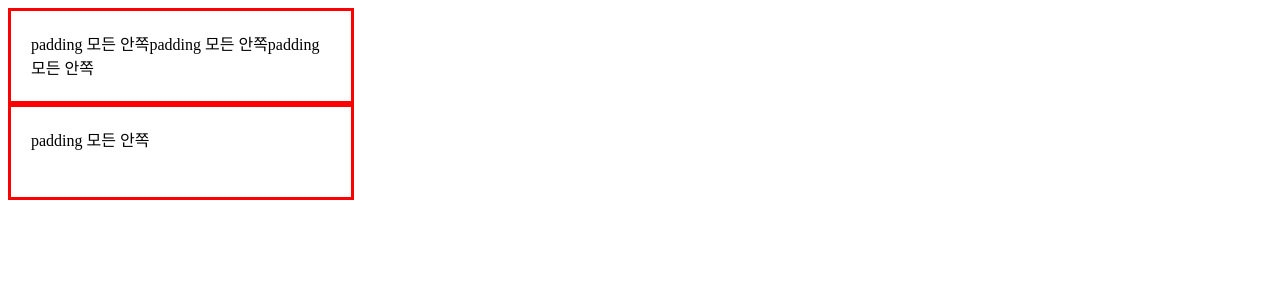
Repository: marudaga/html-css-lecture
Page: work/study/src/main/webapp/htmlEx/ch03/EX04.html
An editor plug-in stored every save of this project. The page is shown before and after the next save, followed by the edit.
The browser window is 1280 px wide. The pictures show the whole page.

Above is the page before, as saved 2022-09-06 07:19:22.

After the next save:
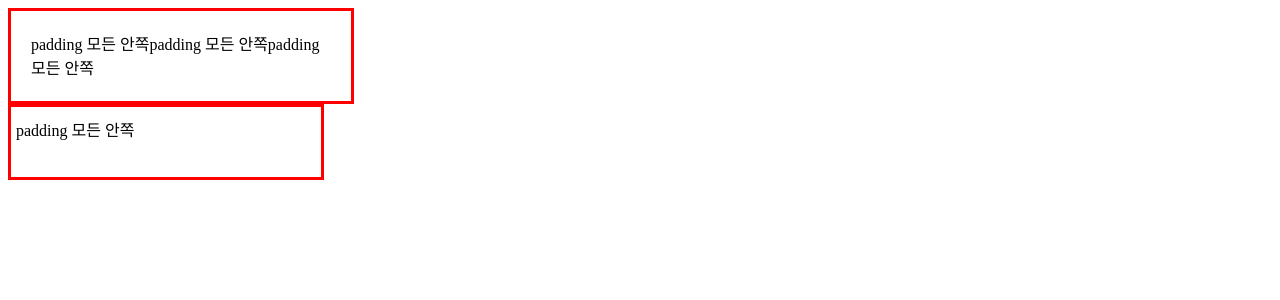
Saved 18 s later.
--- a/work/study/src/main/webapp/htmlEx/ch03/EX04.html
+++ b/work/study/src/main/webapp/htmlEx/ch03/EX04.html
@@ -6,6 +6,6 @@
 </head>
 <body>
 <div style="border: 3px solid red; width: 300px; height:50px; padding: 20px;">padding 모든 안쪽padding 모든 안쪽padding 모든 안쪽</div>
-<div style="border: 3px solid red; width: 300px; height:50px; padding: 20px;">padding 모든 안쪽</div>
+<div style="border: 3px solid red; width: 300px; height:50px; padding: 10px 5px 10px 5px;">padding 모든 안쪽</div>
 </body>
 </html>
